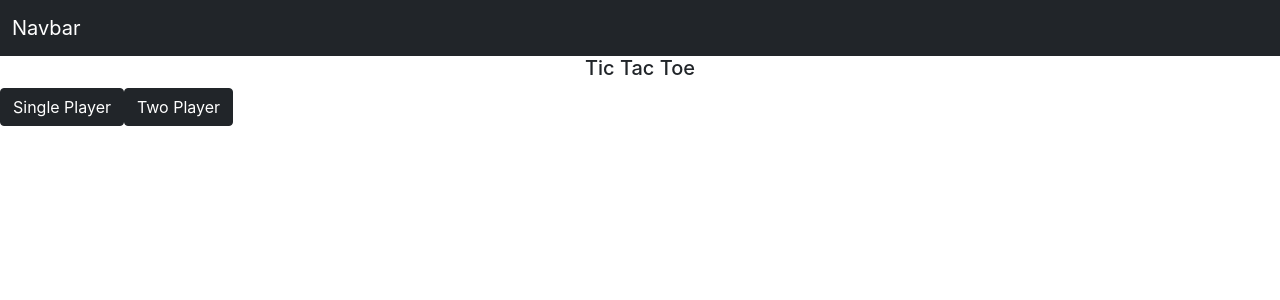
Repository: napan24/tic-tac-toe
Page: /
The author's editor kept a copy of each file at every save. The page is drawn from the files as they stood at one save, then again after the next save.
The browser window is 1280 px wide. The pictures show the whole page.
The project was rebuilt for these pictures with package versions that can differ from the ones it lists, and the page was loaded fresh each time. Also part of the build but not shown: src/App.css, src/tik.css, src/App.js, src/Vscomp.js.

Above is the page before, as saved 2022-06-16 17:59:50.

After the next save:
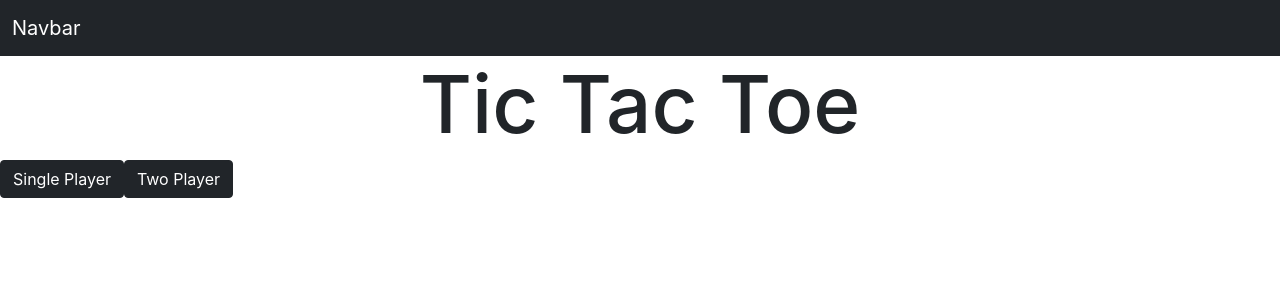
Saved 13 s later.
--- a/src/Home.js
+++ b/src/Home.js
@@ -8,7 +8,7 @@ export default function () {
           <a class="navbar-brand" style={{color:"white"}}>Navbar</a>
         </div>
       </nav>
-        <h5 style={{textAlign:"center"}}>
+        <h5 style={{textAlign:"center",fontSize:"5rem"}}>
             Tic Tac Toe
         </h5>
         <button type="button" class="btn btn-dark">
